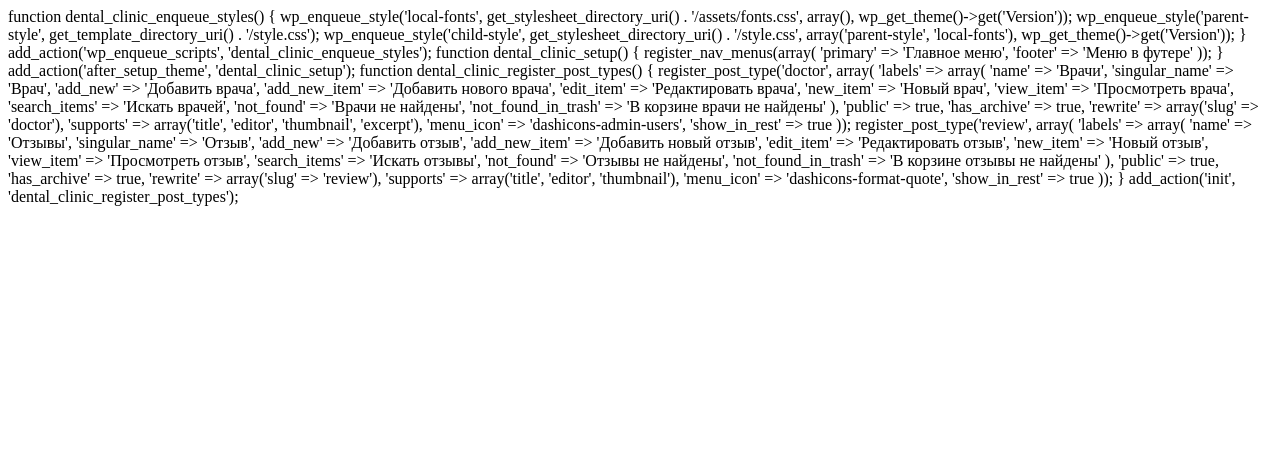
Repository: Dhmnzr79/dental41
Page: http://localhost/functions.php
An editor plug-in stored every save of this project. The page is shown before and after the next save, followed by the edit.
The browser window is 1280 px wide. The pictures show the whole page.
The page is run by PHP 8.4 with error messages shown; the project is at /var/www/html/.

Above is the page before, as saved 2025-09-02 13:29:31.

After the next save:
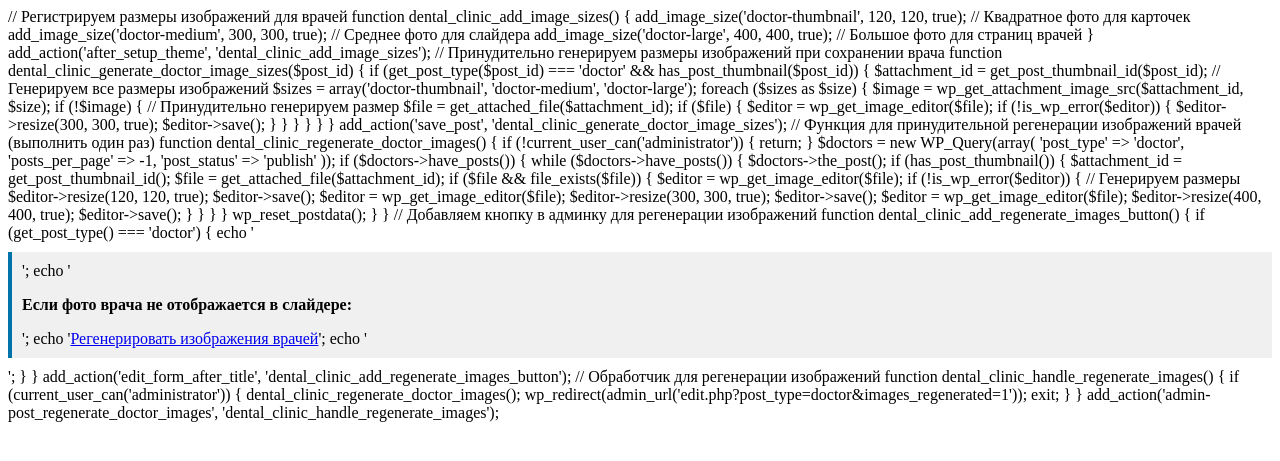
Saved 24 s later.
--- a/functions.php
+++ b/functions.php
@@ -1,62 +1,97 @@
 
 
-function dental_clinic_enqueue_styles() {
-    wp_enqueue_style('local-fonts', get_stylesheet_directory_uri() . '/assets/fonts.css', array(), wp_get_theme()->get('Version'));
+// Регистрируем размеры изображений для врачей
+function dental_clinic_add_image_sizes() {
+    add_image_size('doctor-thumbnail', 120, 120, true); // Квадратное фото для карточек
+    add_image_size('doctor-medium', 300, 300, true); // Среднее фото для слайдера
+    add_image_size('doctor-large', 400, 400, true); // Большое фото для страниц врачей
+}
+add_action('after_setup_theme', 'dental_clinic_add_image_sizes');
 
-    wp_enqueue_style('parent-style', get_template_directory_uri() . '/style.css');
-    wp_enqueue_style('child-style', get_stylesheet_directory_uri() . '/style.css', array('parent-style', 'local-fonts'), wp_get_theme()->get('Version'));
+// Принудительно генерируем размеры изображений при сохранении врача
+function dental_clinic_generate_doctor_image_sizes($post_id) {
+    if (get_post_type($post_id) === 'doctor' && has_post_thumbnail($post_id)) {
+        $attachment_id = get_post_thumbnail_id($post_id);
+
+        // Генерируем все размеры изображений
+        $sizes = array('doctor-thumbnail', 'doctor-medium', 'doctor-large');
+
+        foreach ($sizes as $size) {
+            $image = wp_get_attachment_image_src($attachment_id, $size);
+            if (!$image) {
+                // Принудительно генерируем размер
+                $file = get_attached_file($attachment_id);
+                if ($file) {
+                    $editor = wp_get_image_editor($file);
+                    if (!is_wp_error($editor)) {
+                        $editor->resize(300, 300, true);
+                        $editor->save();
+                    }
+                }
+            }
+        }
+    }
 }
-add_action('wp_enqueue_scripts', 'dental_clinic_enqueue_styles');
+add_action('save_post', 'dental_clinic_generate_doctor_image_sizes');
 
-function dental_clinic_setup() {
-    register_nav_menus(array(
-        'primary' => 'Главное меню',
-        'footer' => 'Меню в футере'
-    ));
-}
-add_action('after_setup_theme', 'dental_clinic_setup');
+// Функция для принудительной регенерации изображений врачей (выполнить один раз)
+function dental_clinic_regenerate_doctor_images() {
+    if (!current_user_can('administrator')) {
+        return;
+    }
 
-function dental_clinic_register_post_types() {
-    register_post_type('doctor', array(
-        'labels' => array(
-            'name' => 'Врачи',
-            'singular_name' => 'Врач',
-            'add_new' => 'Добавить врача',
-            'add_new_item' => 'Добавить нового врача',
-            'edit_item' => 'Редактировать врача',
-            'new_item' => 'Новый врач',
-            'view_item' => 'Просмотреть врача',
-            'search_items' => 'Искать врачей',
-            'not_found' => 'Врачи не найдены',
-            'not_found_in_trash' => 'В корзине врачи не найдены'
-        ),
-        'public' => true,
-        'has_archive' => true,
-        'rewrite' => array('slug' => 'doctor'),
-        'supports' => array('title', 'editor', 'thumbnail', 'excerpt'),
-        'menu_icon' => 'dashicons-admin-users',
-        'show_in_rest' => true
+    $doctors = new WP_Query(array(
+        'post_type' => 'doctor',
+        'posts_per_page' => -1,
+        'post_status' => 'publish'
     ));
 
-    register_post_type('review', array(
-        'labels' => array(
-            'name' => 'Отзывы',
-            'singular_name' => 'Отзыв',
-            'add_new' => 'Добавить отзыв',
-            'add_new_item' => 'Добавить новый отзыв',
-            'edit_item' => 'Редактировать отзыв',
-            'new_item' => 'Новый отзыв',
-            'view_item' => 'Просмотреть отзыв',
-            'search_items' => 'Искать отзывы',
-            'not_found' => 'Отзывы не найдены',
-            'not_found_in_trash' => 'В корзине отзывы не найдены'
-        ),
-        'public' => true,
-        'has_archive' => true,
-        'rewrite' => array('slug' => 'review'),
-        'supports' => array('title', 'editor', 'thumbnail'),
-        'menu_icon' => 'dashicons-format-quote',
-        'show_in_rest' => true
-    ));
+    if ($doctors->have_posts()) {
+        while ($doctors->have_posts()) {
+            $doctors->the_post();
+            if (has_post_thumbnail()) {
+                $attachment_id = get_post_thumbnail_id();
+                $file = get_attached_file($attachment_id);
+
+                if ($file && file_exists($file)) {
+                    $editor = wp_get_image_editor($file);
+                    if (!is_wp_error($editor)) {
+                        // Генерируем размеры
+                        $editor->resize(120, 120, true);
+                        $editor->save();
+
+                        $editor = wp_get_image_editor($file);
+                        $editor->resize(300, 300, true);
+                        $editor->save();
+
+                        $editor = wp_get_image_editor($file);
+                        $editor->resize(400, 400, true);
+                        $editor->save();
+                    }
+                }
+            }
+        }
+        wp_reset_postdata();
+    }
 }
-add_action('init', 'dental_clinic_register_post_types');
+
+// Добавляем кнопку в админку для регенерации изображений
+function dental_clinic_add_regenerate_images_button() {
+    if (get_post_type() === 'doctor') {
+        echo '<div style="margin: 10px 0; padding: 10px; background: #f0f0f0; border-left: 4px solid #0073aa;">';
+        echo '<p><strong>Если фото врача не отображается в слайдере:</strong></p>';
+        echo '<a href="' . admin_url('admin-post.php?action=regenerate_doctor_images') . '" class="button button-primary">Регенерировать изображения врачей</a>';
+        echo '</div>';
+    }
+}
+add_action('edit_form_after_title', 'dental_clinic_add_regenerate_images_button');
+
+// Обработчик для регенерации изображений
+function dental_clinic_handle_regenerate_images() {
+    if (current_user_can('administrator')) {
+        dental_clinic_regenerate_doctor_images();
+        wp_redirect(admin_url('edit.php?post_type=doctor&images_regenerated=1'));
+        exit;
+    }
+}
+add_action('admin-post_regenerate_doctor_images', 'dental_clinic_handle_regenerate_images');
